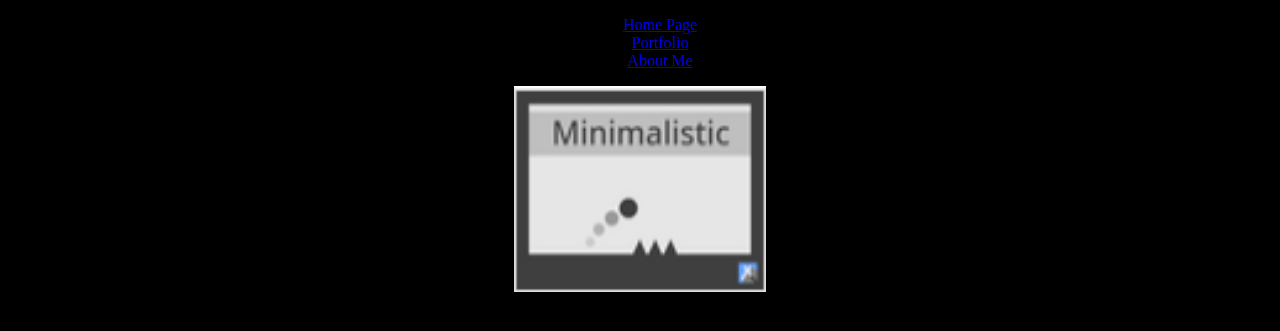
Repository: bluesyrupshed/bluesyrupshed.github.io
Page: portfolio.html
The author's editor kept a record of every edit. The page is drawn from the files as they stood at one moment, then again after the next edit.
The browser window is 1280 px wide. The pictures show the whole page.

Above is the page before.

After the next edit:
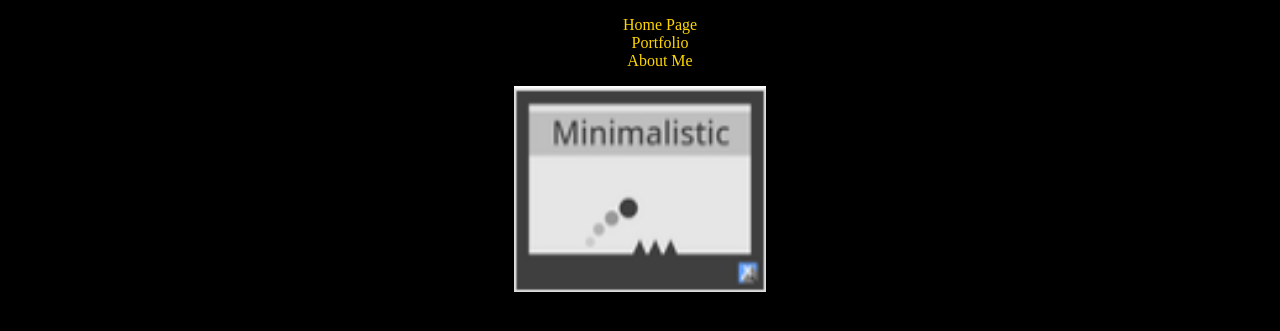
The edit:
--- a/styles/portfolio.css
+++ b/styles/portfolio.css
@@ -10,3 +10,10 @@ body {
     background-color: rgb(0,0,0);
     list-style: none;
 }
+
+a {
+  color: #FFD700;
+  text-decoration: none;
+  display: block;
+  margin: auto;
+}
